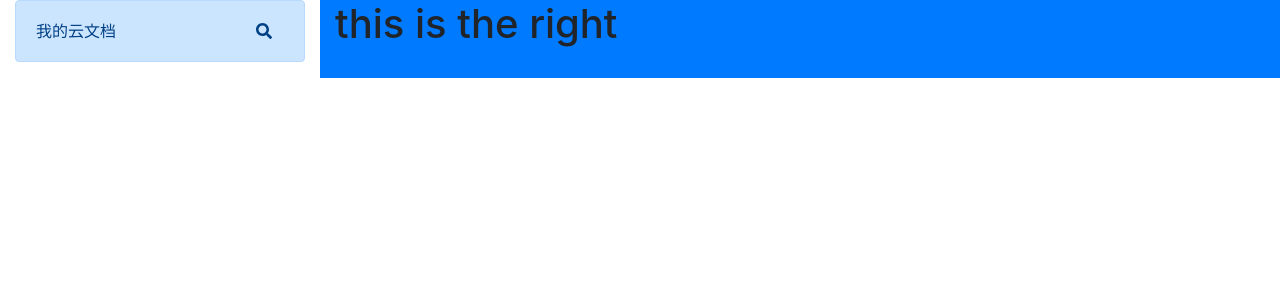
Repository: weijie-he/clould-doc
Page: /
An editor plug-in stored every save of this project. The page is shown before and after the next save, followed by the edit.
The browser window is 1280 px wide. The pictures show the whole page.
The pointer rests on the first visible `.icon-button`.
The project was rebuilt for these pictures with package versions that can differ from the ones it lists, and the page was loaded fresh each time.

Above is the page before, as saved 2020-09-30 11:41:24.

After the next save:
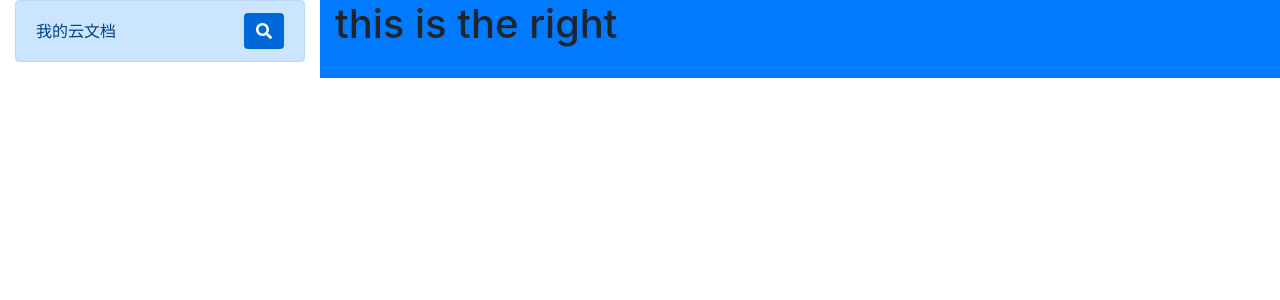
Saved 42 min 38 s later.
--- a/src/App.css
+++ b/src/App.css
@@ -5,7 +5,5 @@
 }
 
 .icon-button:hover{
-  background: none;
-  border: none;
-  color: inherit;
+
 }

After the 2 saves that followed:
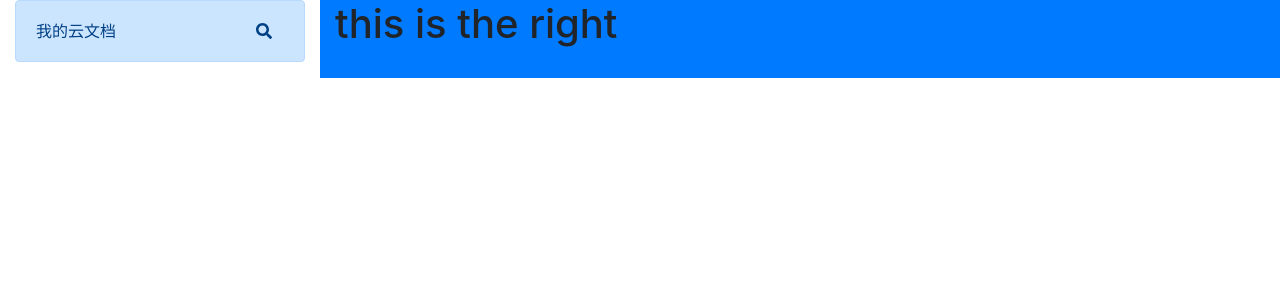
The 2 saves are shown as one change because they came seconds apart.
The last was saved 9 s later.
--- a/src/App.css
+++ b/src/App.css
@@ -5,5 +5,7 @@
 }
 
 .icon-button:hover{
-
+  background: none;
+  border: none;
+  color: inherit;
 }
